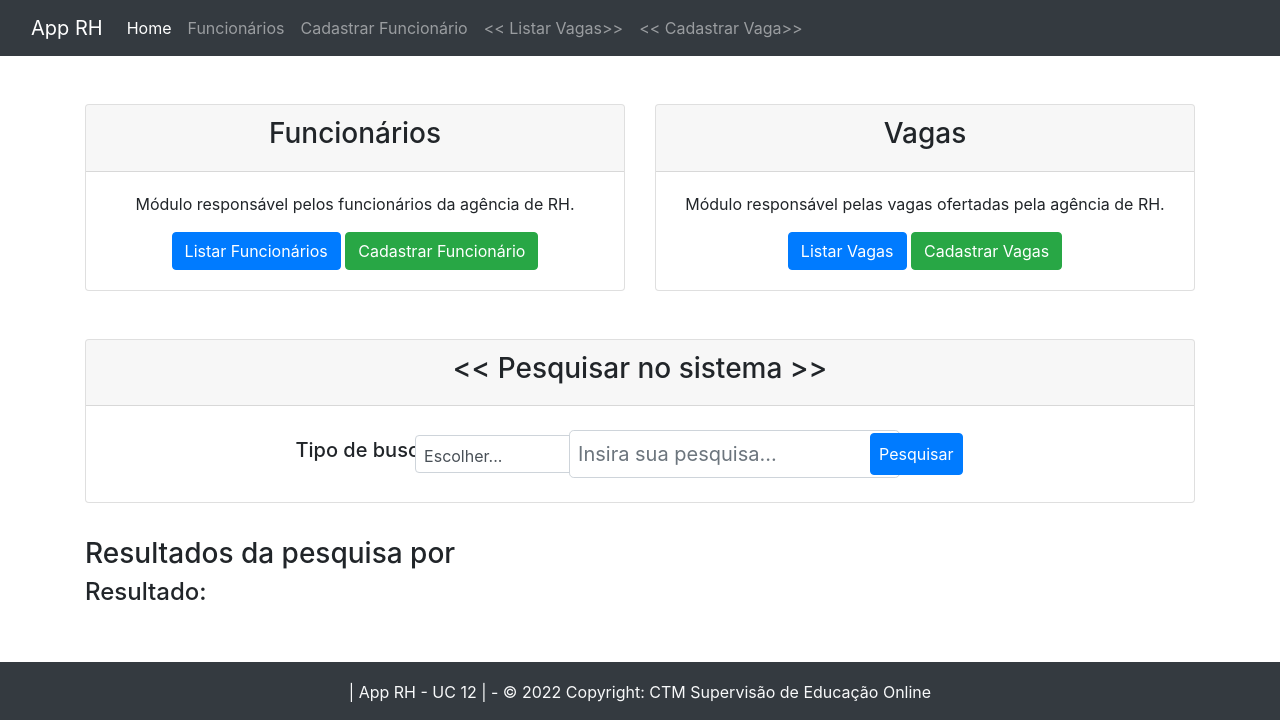
Repository: FilosoDev/SPRING-BOOT-testes
Page: http://localhost/index
An editor plug-in stored every save of this project. The page is shown before and after the next save, followed by the edit.
The browser window is 1280 px wide. The pictures show the whole page.
The page is this project's Thymeleaf template; nobody is signed in. The template is opened directly, without the code that normally fills it, so the values that code supplies are empty.

Above is the page before, as saved 2021-11-23 17:57:13.
Console error: TypeError: Cannot read properties of undefined (reading 'fn')

### AppRH/AppRH/src/main/resources/templates/index.html
<!DOCTYPE html>
<html lang=”pt-br” xmlns:th="http://thymeleaf.org"
	xmlns:layout="http://www.ultraq.net.nz/thymeleaf/layout">

<head>

<meta charset="utf-8">
<meta http-equiv="X-UA-Compatible" content="IE=edge">
<meta name="viewport" content="width=device-width, initial-scale=1">

<title>| App RH - UC 12 |</title>

<!-- Bootstrap -->
<link href="bootstrap/css/bootstrap.min.css" rel="stylesheet">

<!-- HTML5 shim e Respond.js para suporte no IE8 de elementos HTML5 e media queries -->
<!-- ALERTA: Respond.js não funciona se você visualizar uma página file:// -->
<!--[if lt IE 9]>
      <script src="https://oss.maxcdn.com/html5shiv/3.7.3/html5shiv.min.js"></script>
      <script src="https://oss.maxcdn.com/respond/1.4.2/respond.min.js"></script>
    <![endif]-->

</head>

<body>

	<header>

		<nav class="navbar navbar-expand-lg navbar-dark bg-dark">
			<div class="container-fluid">
				<a class="navbar-brand" href="/">App RH</a>
				<button class="navbar-toggler" type="button"
					data-bs-toggle="collapse" data-bs-target="#navbarNav"
					aria-controls="navbarNav" aria-expanded="false"
					aria-label="Toggle navigation">
					<span class="navbar-toggler-icon"></span>
				</button>
				<div class="collapse navbar-collapse" id="navbarNav">
					<ul class="navbar-nav">
						<li class="nav-item"><a class="nav-link active"
							aria-current="page" href="/">Home</a></li>
						<li class="nav-item"><a class="nav-link" href="/funcionarios">Funcionários</a></li>
						<li class="nav-item"><a class="nav-link"
							href="/cadastrarFuncionario">Cadastrar Funcionário</a></li>
						<li class="nav-item"><a class="nav-link" href="/vagas">
								<< Listar Vagas>> </a></li>
						<li class="nav-item"><a class="nav-link"
							href="/cadastrarVaga"> << Cadastrar Vaga>> </a></li>
					</ul>
				</div>
			</div>
		</nav>

	</header>

	<div class="container">
		<br> <br>

		<div class="row">
			<div class="col">
				<div class="card text-center">
					<div class="card-header card-title">
						<h3>Funcionários</h3>
					</div>
					<div class="card-body">

						<p class="card-text">Módulo responsável pelos funcionários da
							agência de RH.</p>
						<a href="/funcionarios" class="btn btn-primary">Listar
							Funcionários</a> <a href="/cadastrarFuncionario"
							class="btn btn-success">Cadastrar Funcionário</a>
					</div>
				</div>
			</div>
			<div class="col">
				<div class="card text-center">
					<div class="card-header  card-title">
						<h3>Vagas</h3>
					</div>
					<div class="card-body">
						<p class="card-text">Módulo responsável pelas vagas ofertadas
							pela agência de RH.</p>
						<a href="/vagas" class="btn btn-primary">Listar Vagas</a> <a
							href="/cadastrarVaga" class="btn btn-success">Cadastrar Vagas</a>
					</div>
				</div>
			</div>


		</div>
		<div class="row">
			<div class="col">
				<br> <br>
				<div class="card text-center card w-100">
					<div class="card-header">
						<h3><< Pesquisar no sistema >></h3>
					</div>



					<form class="form-inline" method="post">


						<div class="row form-group justify-content-center w-100 p-2">


							<div class="row">

								<label for="cars" class="my-3 p-2"><h5>Tipo de
										busca:</h5></label>
							</div>

							<div class="row">


								<select name="busca" id="busca" class="custom-select my-3 p-2">
									<option selected>Escolher...</option>
									<option value="nomefuncionario">Nome do Funcionário</option>
									<option value="nomedependente">Nome do Dependente</option>
									<option value="nomecandidato">Nome do Candidato</option>
									<option value="titulovaga">Nome da Vaga</option>
								</select>


						</div>

							<div class="row">

								<input
									class="form-control form-control-lg my-3 p-2"
									type="search" placeholder="Insira sua pesquisa..."
									aria-label="Pesquisar" name="nome">

							</div>

							<div class="row">

								<button class="btn btn-primary my-3 p-2" type="submit">Pesquisar</button>

							</div>
						</div>

					</form>
				</div>
			</div>
			<br>
			<div class="container">
				<h3>
				<br>
					Resultados da pesquisa por <i> <span th:text="${busca}"></span>
					</i>
				</h3>
				<h4>
					Resultado: <span th:text="${contador}"></span>
				</h4>

				<div th:each="lstdependente : ${lista}">
					<span th:text="${lstdependente.nome}"></span> <br>

				</div>


				<div th:each="funcionario : ${funcionario}">
					<div class="row">
						<p>
							<span th:text="${funcionario.id}"></span>
						</p>
						<p>
							<span th:text="${funcionario.nome}"></span>
						</p>
						<p>
							<span th:text="${funcionario.data}"></span>
						</p>
						<p>
							<span th:text="${funcionario.email}"></span>
						</p>
					</div>
				</div>

				<div th:each="dependente : ${dependentes}">
					<span th:text="${dependente.cpf}"></span> <span
						th:text="${dependente.nome}"></span> <span
						th:text="${dependente.datanascimento}"></span> <br>
				</div>



			</div>



		</div>





		<div style="height: 100px;"></div>

		<div class="footer-copyright fixed-bottom bg-dark text-center py-3">
			<span class="text-light align-middle">| App RH - UC 12 | - ©
				2022 Copyright: CTM Supervisão de Educação Online</span>
		</div>

		<!--JavaScript bootstrap-->
		<script type="text/javascript" src="bootstrap/js/bootstrap.js"></script>
		<script
			src="https://cdn.jsdelivr.net/npm/bootstrap@5.1.3/dist/js/bootstrap.bundle.min.js"
			integrity="sha384-ka7Sk0Gln4gmtz2MlQnikT1wXgYsOg+OMhuP+IlRH9sENBO0LRn5q+8nbTov4+1p"
			crossorigin="anonymous">
	</script>
</body>

</html>

Loaded but not shown: AppRH/AppRH/src/main/resources/static/bootstrap/css/bootstrap.min.css (library); AppRH/AppRH/src/main/resources/static/bootstrap/js/bootstrap.js (library)

After the next save:
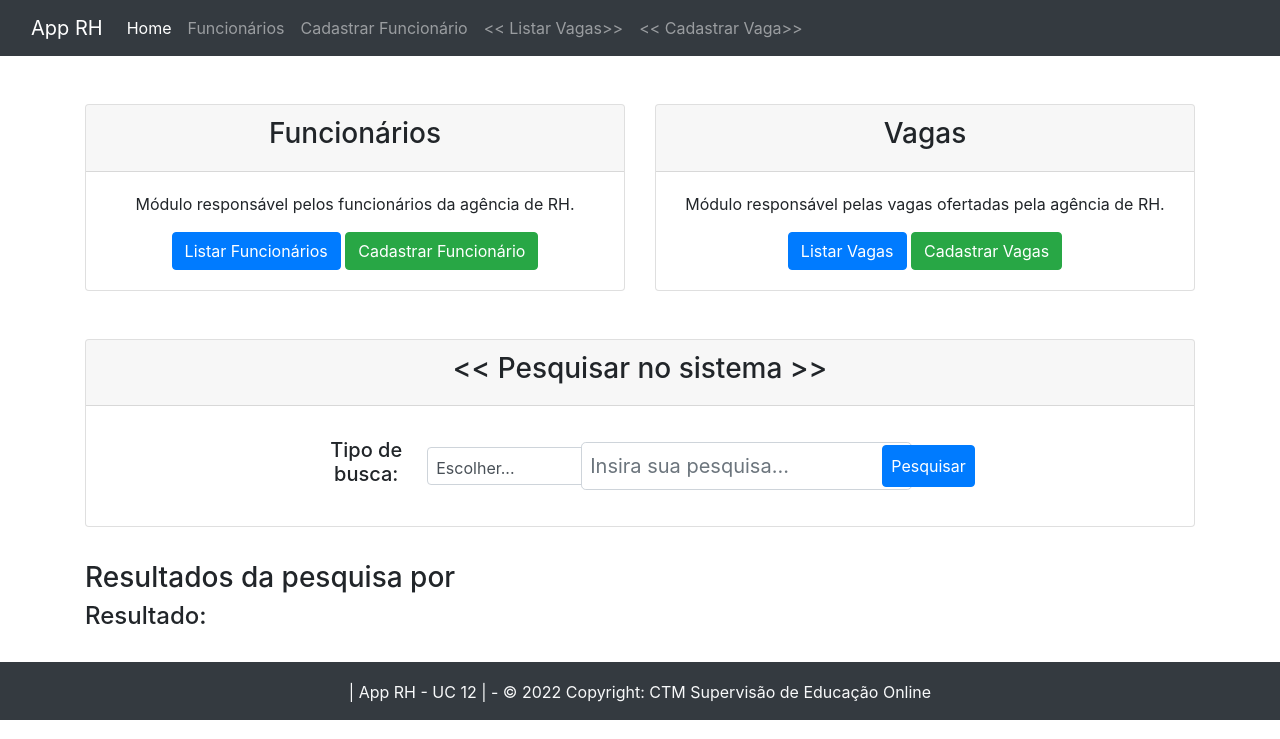
Saved 9 s later.
--- a/AppRH/AppRH/src/main/resources/templates/index.html
+++ b/AppRH/AppRH/src/main/resources/templates/index.html
@@ -104,7 +104,7 @@
 						<div class="row form-group justify-content-center w-100 p-2">
 
 
-							<div class="row">
+							<div class="row col-14 col-md-2">
 
 								<label for="cars" class="my-3 p-2"><h5>Tipo de
 										busca:</h5></label>
